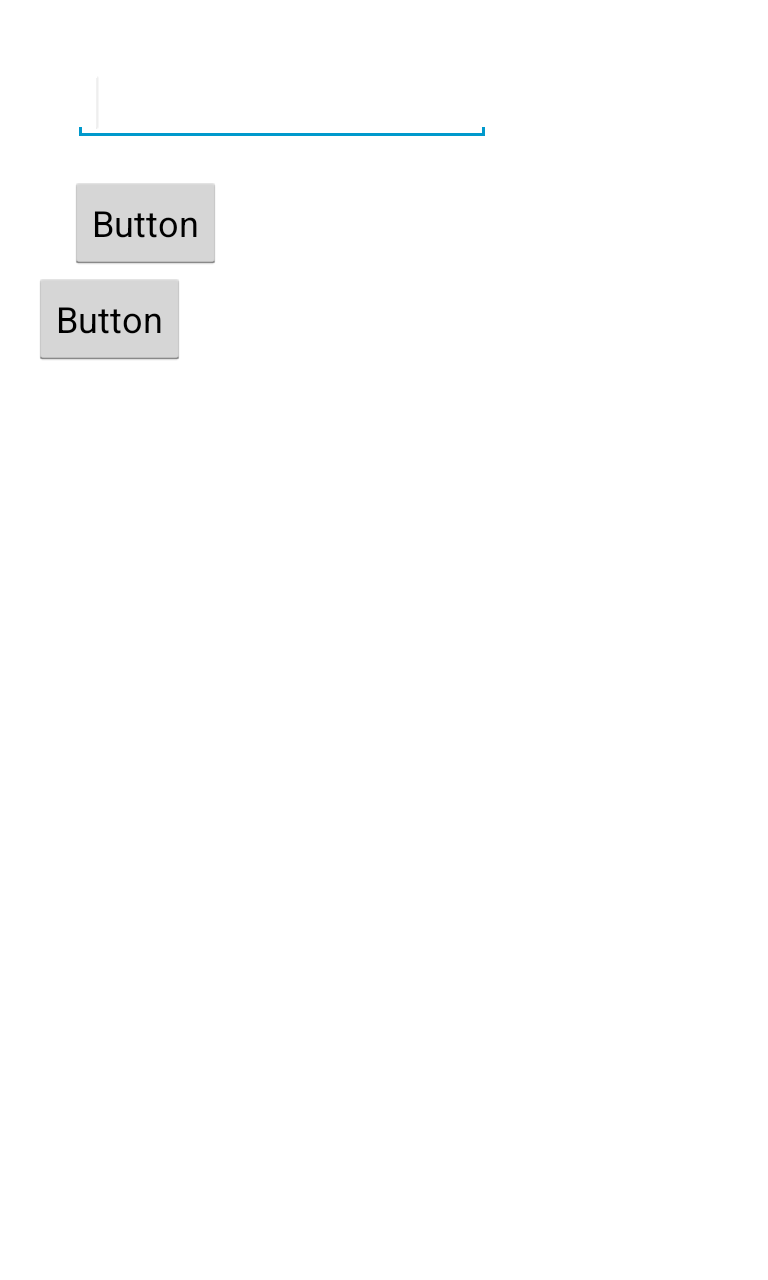
Repository: Kenwal/DemosS1
Layout: Demo4/res/layout/activity_main.xml
An editor plug-in stored every save of this project. The layout is shown before and after the next save, followed by the edit.
It is drawn on a 768 x 1280 px phone screen (xhdpi) without system bars, with theme AppTheme; the app's code is not run.

Above is the layout before, as saved 2014-01-23 15:44:39.

After the next save:
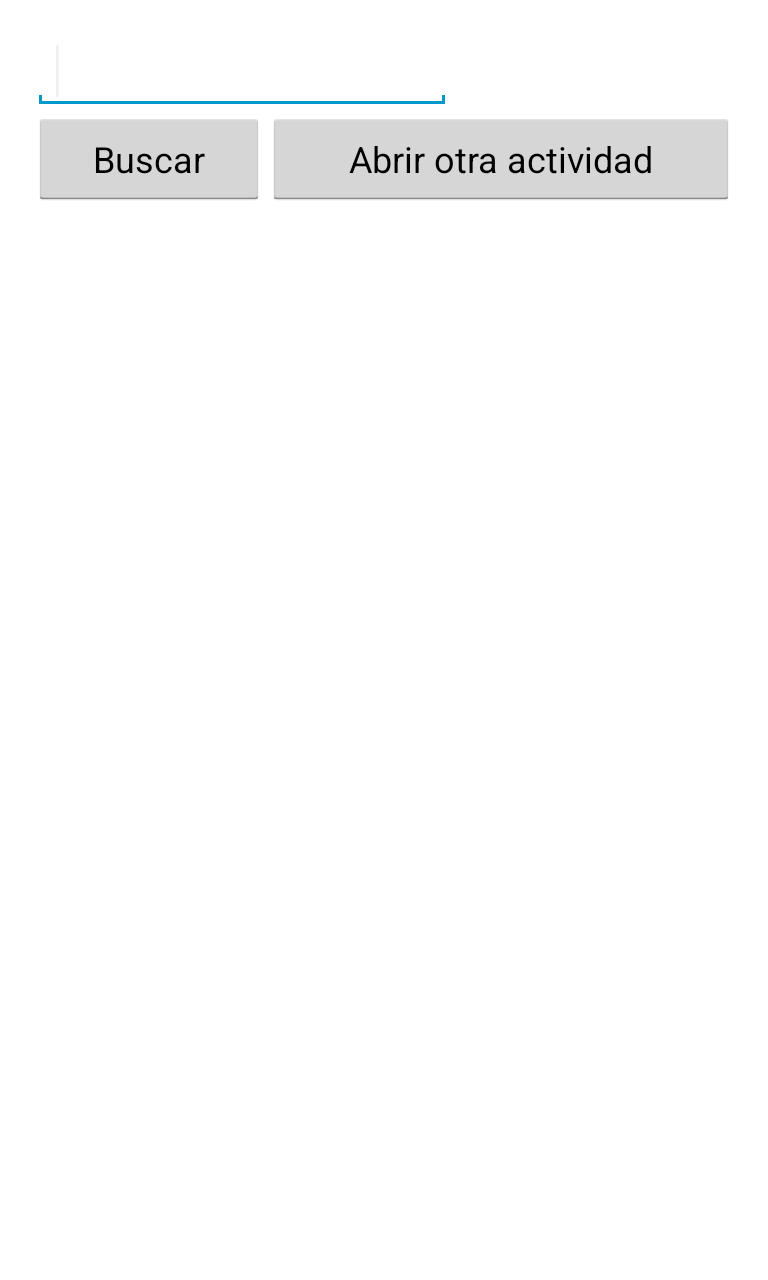
Saved 14 s later.
--- a/Demo4/res/layout/activity_main.xml
+++ b/Demo4/res/layout/activity_main.xml
@@ -11,39 +11,33 @@
     tools:context=".MainActivity" >
 
     <EditText
-        android:id="@+id/editText1"
+        android:id="@+id/editTextSearchQuery"
         android:layout_width="wrap_content"
         android:layout_height="wrap_content"
-        android:layout_alignParentLeft="true"
-        android:layout_alignParentTop="true"
-        android:layout_marginLeft="20dp"
-        android:layout_marginTop="16dp"
+        android:inputType="text"
         android:ems="10" >
 
         <requestFocus />
     </EditText>
 
-    <Button
-        android:id="@+id/button1"
-        android:layout_width="wrap_content"
-        android:layout_height="wrap_content"
-        android:layout_alignLeft="@+id/editText1"
-        android:layout_below="@+id/editText1"
-        android:layout_marginLeft="18dp"
-        android:layout_marginTop="16dp"
-        android:text="Button" />
-
-    <Button
-        android:id="@+id/button2"
-        android:layout_width="wrap_content"
-        android:layout_height="wrap_content"
-        android:layout_alignBottom="@+id/button1"
-        android:layout_alignRight="@+id/editText1"
-        android:text="Button" />
-
     <LinearLayout
         android:layout_width="match_parent"
         android:layout_height="wrap_content" >
+
+        <Button
+	        android:id="@+id/btnSearch"
+	         android:layout_weight="1"
+	        android:layout_width="0dp"
+	        android:layout_height="wrap_content"
+	        android:text="@string/btn_search" />
+
+	    <Button
+	        android:id="@+id/btnOpenActivity"
+	        android:layout_weight="2"
+	        android:layout_width="0dp"
+	        android:layout_height="wrap_content"
+	        android:text="@string/btn_open_activity" />
+
     </LinearLayout>
 
 </LinearLayout>
